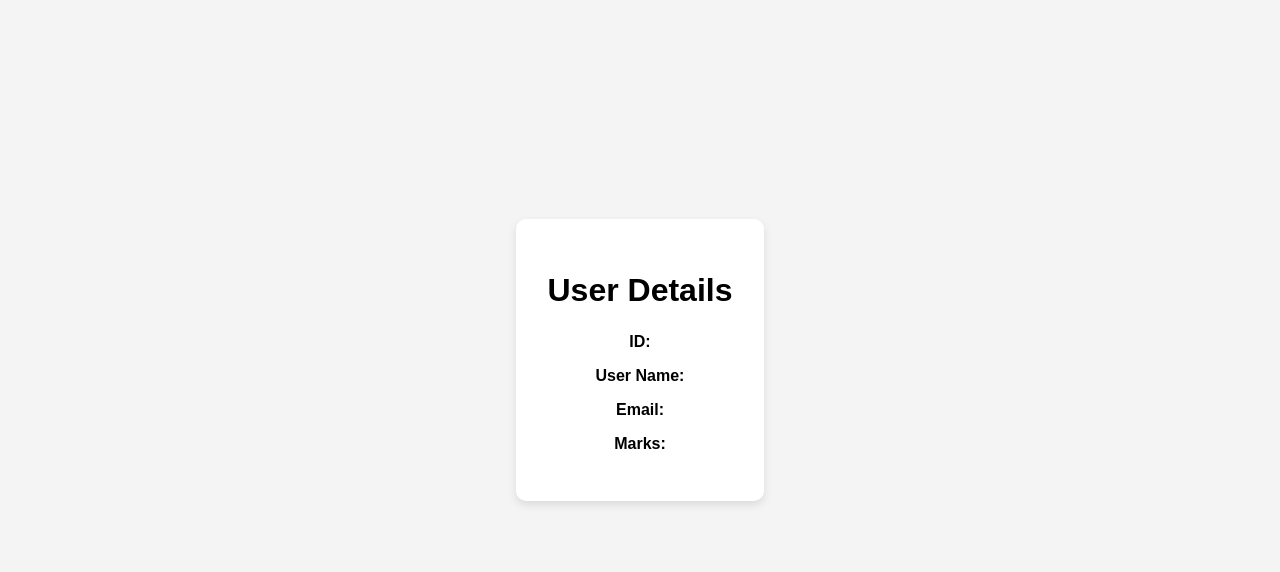
Repository: chetanchavan30/Optifyx
Page: http://localhost/OnlineExaminationSystem/view.jsp
These files come from the project's save history. The page is drawn as it stood at one moment and after the next save; the edit follows.
The browser window is 1280 px wide. The pictures show the whole page.
The page is served by Tomcat 10. Other server files are loaded and not shown.

Above is the page before, as saved 2025-01-25 19:35:21.

### OnlineExaminationSystem/src/main/webapp/view.jsp
<!DOCTYPE html>
<html lang="en">
<head>
    <meta charset="UTF-8">
    <meta name="viewport" content="width=device-width, initial-scale=1.0">
    <title>User Details</title>
    <link rel="stylesheet" href="styles.css">

</head>
<body>
    <div class="container">
        <h1>User Details</h1>
        <div class="user-details">
            <p><strong>ID:</strong> ${user.uId}</p>
            <p><strong>User Name:</strong> ${user.userName}</p>
            <p><strong>Email:</strong> ${user.email}</p>
            <p><strong>Marks:</strong> ${user.marks}</p>
        </div>
    </div>
</body>
</html>

### OnlineExaminationSystem/src/main/webapp/styles.css
@charset "UTF-8";
/* General Styles */
body {
	font-family: Arial, sans-serif;
	background-color: #f4f4f4;
	display: flex;
	justify-content: center;
	align-items: center;
	height: 100vh;
	margin: 0;
}

.form-container {
	background-color: #fff;
	padding: 30px;
	border-radius: 8px;
	box-shadow: 0 4px 8px rgba(0, 0, 0, 0.1);
	width: 300px;
}

.form-container h2 {
	text-align: center;
	margin-bottom: 20px;
}

.form-container input {
	width: 100%;
	padding: 10px;
	margin: 10px 0;
	border: 1px solid #ccc;
	border-radius: 5px;
}

.form-container button {
	width: 100%;
	padding: 10px;
	background-color: #4CAF50;
	color: white;
	border: none;
	border-radius: 5px;
	cursor: pointer;
}

.form-container button:hover {
	background-color: #45a049;
}

.form-container .links {
	text-align: center;
	margin-top: 10px;
}

.form-container .links a {
	color: #4CAF50;
	text-decoration: none;
}

.form-container .links a:hover {
	text-decoration: underline;
}

.container {
	text-align: center;
	background: white;
	padding: 2rem;
	border-radius: 10px;
	box-shadow: 0 4px 8px rgba(0, 0, 0, 0.1);
}

.container h1 {
	margin-bottom: 1.5rem;
}

.link-button {
	display: inline-block;
	margin: 0.5rem;
	padding: 0.75rem 1.5rem;
	font-size: 1rem;
	color: white;
	background-color: #4CAF50;
	text-decoration: none;
	border-radius: 5px;
	transition: background-color 0.3s;
}

.link-button:hover {
	background-color: #45a049;
}

After the next save:
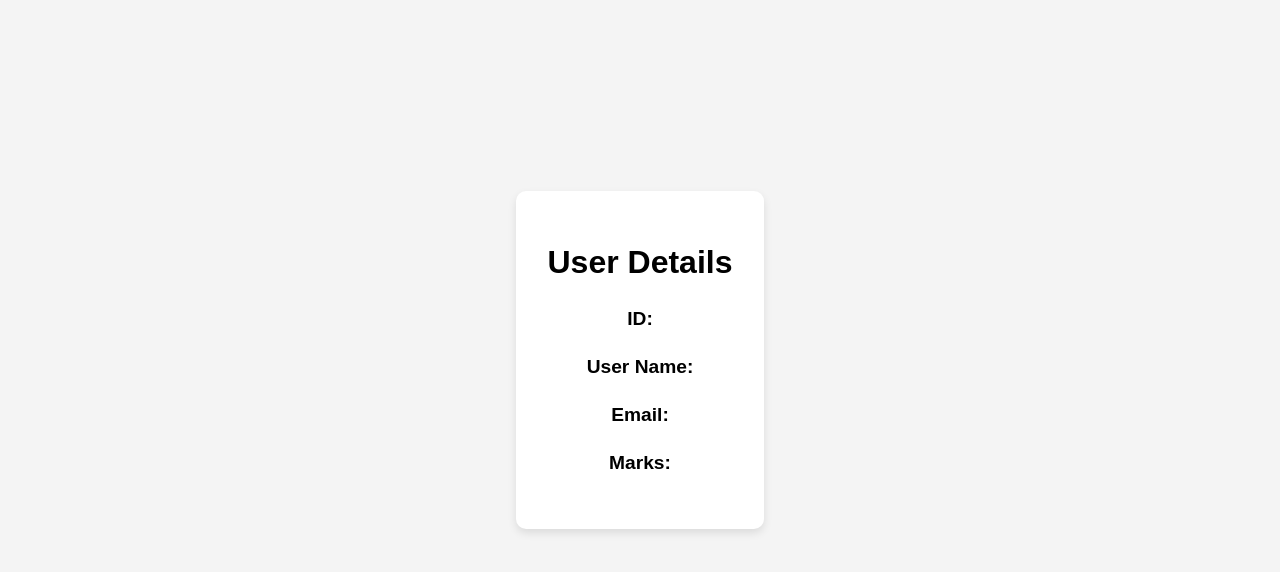
Saved 47 s later.
--- a/OnlineExaminationSystem/src/main/webapp/styles.css
+++ b/OnlineExaminationSystem/src/main/webapp/styles.css
@@ -86,3 +86,14 @@ body {
 .link-button:hover {
 	background-color: #45a049;
 }
+
+.container-details h1 {
+            text-align: center;
+        }
+        .user-details {
+            margin-top: 20px;
+        }
+        .user-details p {
+            font-size: 1.2rem;
+            line-height: 1.5;
+        }
